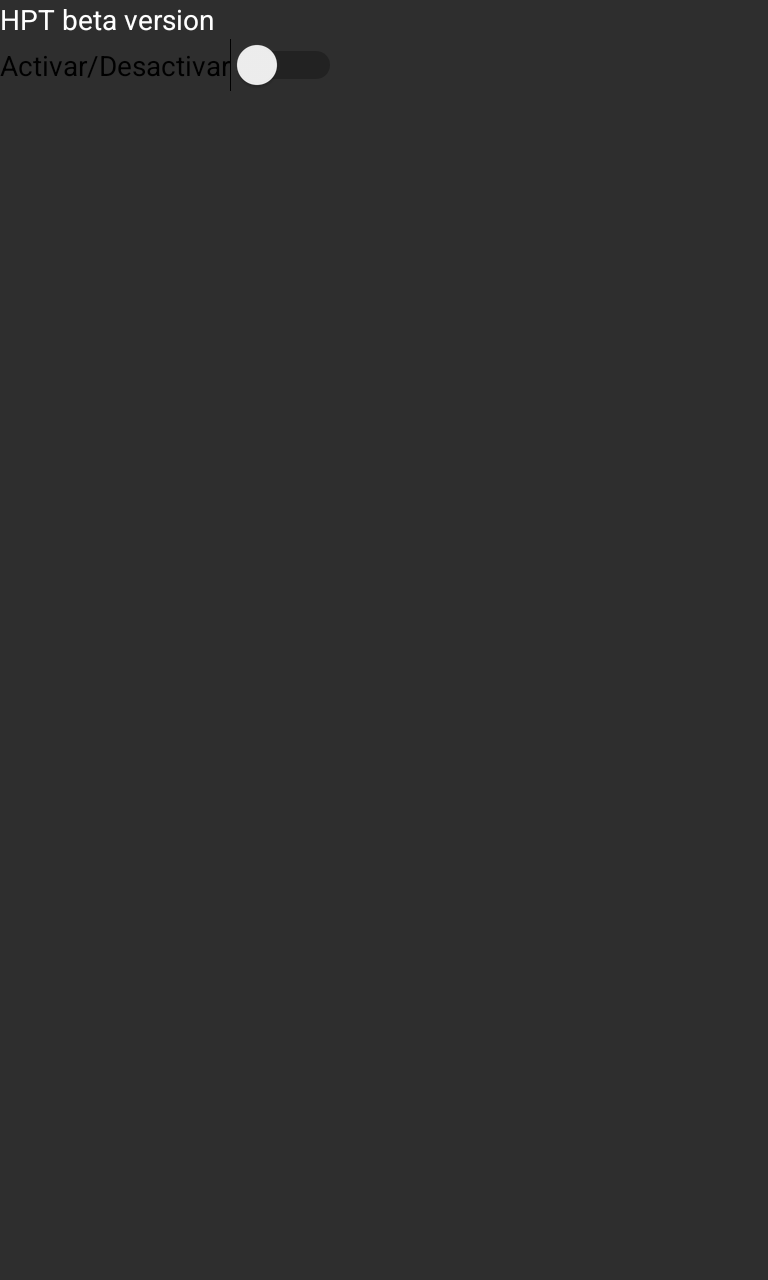
Repository: aludena18/android_apps
Layout: HunterPersonalTrack/res/layout/activity_main.xml
These files come from the project's save history. The layout is drawn as it stood at one moment and after the next save; the edit follows.
It is drawn on a 768 x 1280 px phone screen (xhdpi) without system bars, with theme AppTheme; the app's code is not run.

Above is the layout before, as saved 2015-10-14 20:07:46.

### HunterPersonalTrack/res/layout/activity_main.xml
<LinearLayout xmlns:android="http://schemas.android.com/apk/res/android"
    xmlns:tools="http://schemas.android.com/tools"
    android:layout_width="match_parent"
    android:layout_height="match_parent"
    android:orientation="vertical"
    android:background="#2E2E2E"
    tools:context="com.alg.hunterpersonaltrack.MainActivity" >

    <TextView
        android:layout_width="wrap_content"
        android:layout_height="wrap_content"
        android:textColor="#FFFFFF"
        android:text="@string/hello_world" />

    <Switch
        android:id="@+id/swtOnOff"
        android:layout_width="wrap_content"
        android:layout_height="wrap_content"
        android:text="@string/etqSwtOnOff" />

</LinearLayout>

### HunterPersonalTrack/res/values/strings.xml
<?xml version="1.0" encoding="utf-8"?>
<resources>

    <string name="app_name">Hunter Personal Track</string>
    <string name="hello_world">HPT beta version</string>
    <string name="action_settings">Settings</string>

    <string name="etqSwtOnOff">Activar/Desactivar</string>

</resources>

Loaded but not shown: HunterPersonalTrack/res/values/styles.xml (common file); HunterPersonalTrack/res/values-v11/styles.xml (common file); HunterPersonalTrack/res/values-v14/styles.xml (common file)

After the next save:
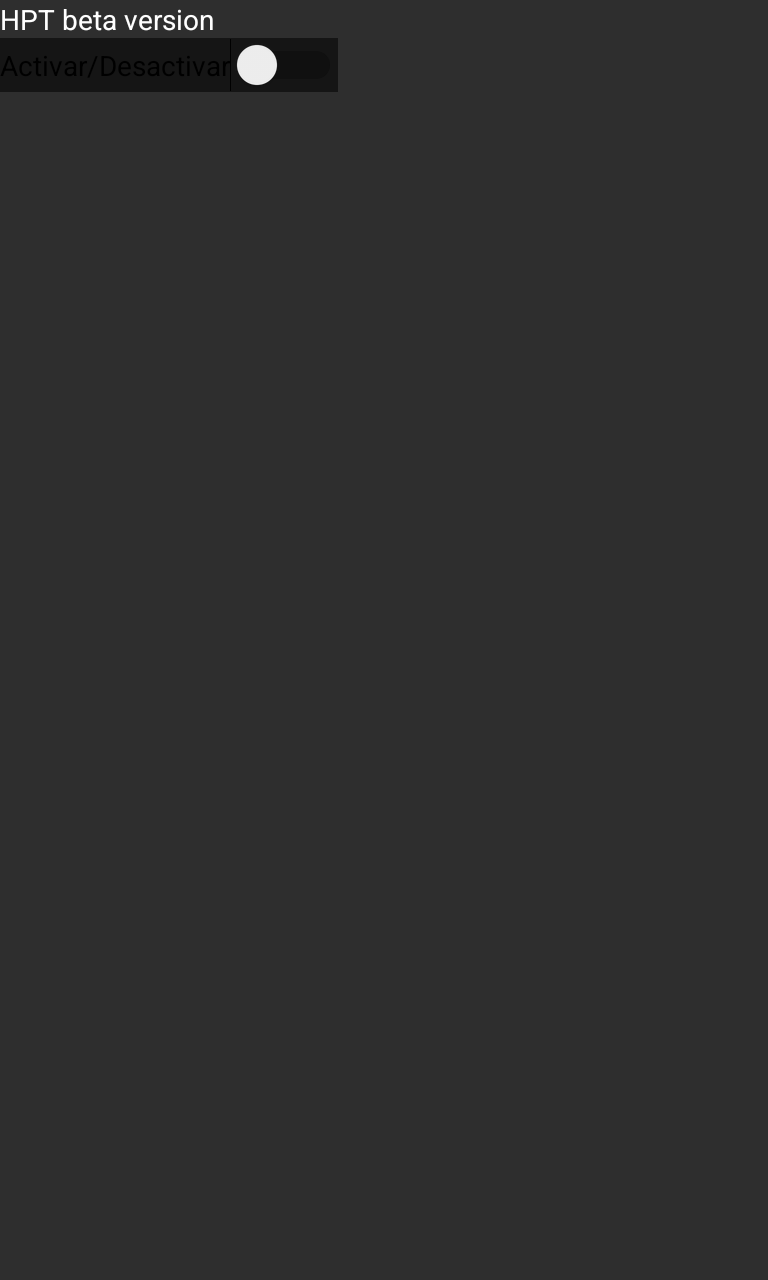
Saved 97 s later.
--- a/HunterPersonalTrack/res/layout/activity_main.xml
+++ b/HunterPersonalTrack/res/layout/activity_main.xml
@@ -16,6 +16,7 @@
         android:id="@+id/swtOnOff"
         android:layout_width="wrap_content"
         android:layout_height="wrap_content"
+        android:background="#151515"
         android:text="@string/etqSwtOnOff" />
 
 </LinearLayout>

After the save that followed:
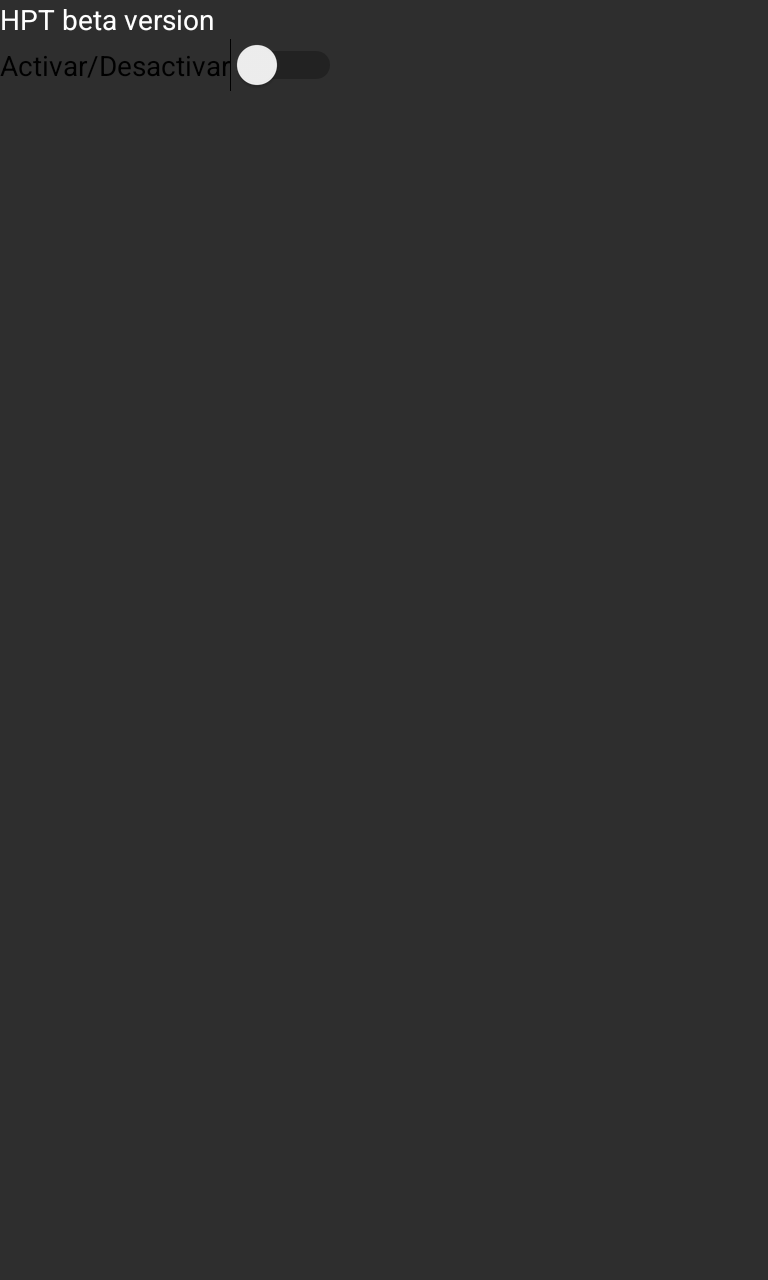
Saved 18 s later.
--- a/HunterPersonalTrack/res/layout/activity_main.xml
+++ b/HunterPersonalTrack/res/layout/activity_main.xml
@@ -16,7 +16,6 @@
         android:id="@+id/swtOnOff"
         android:layout_width="wrap_content"
         android:layout_height="wrap_content"
-        android:background="#151515"
         android:text="@string/etqSwtOnOff" />
 
 </LinearLayout>
